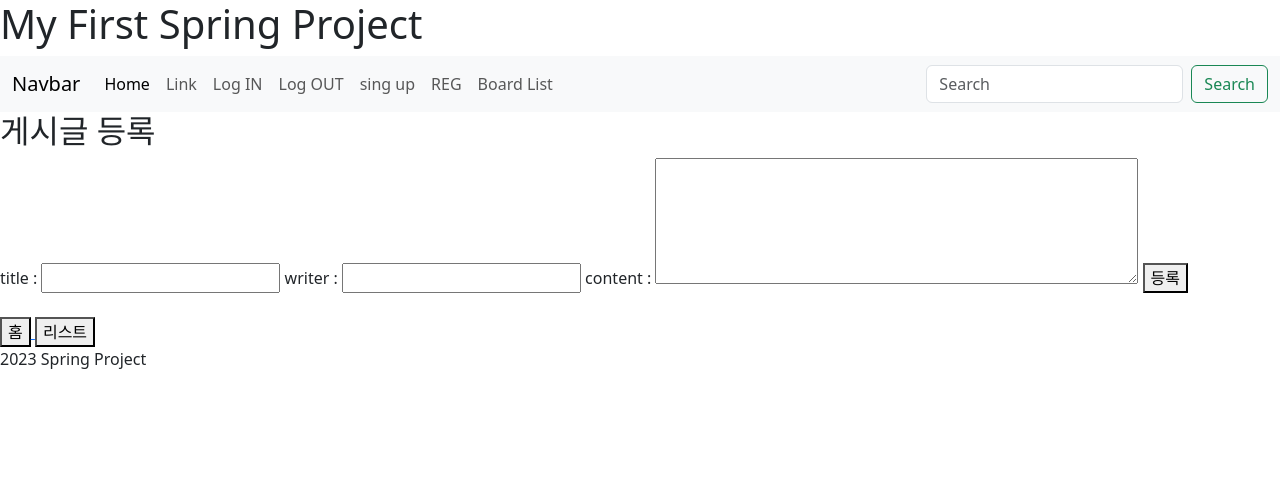
Repository: gatsby5959/_springTest
Page: http://localhost/spring-Test/WEB-INF/views/board/register.jsp
An editor plug-in stored every save of this project. The page is shown before and after the next save, followed by the edit.
The browser window is 1280 px wide. The pictures show the whole page.
The page is served by Tomcat 9. Nobody is signed in. The template is opened directly, without the code that normally fills it, so the values that code supplies are empty.

Above is the page before, as saved 2023-10-05 08:10:18.

After the next save:
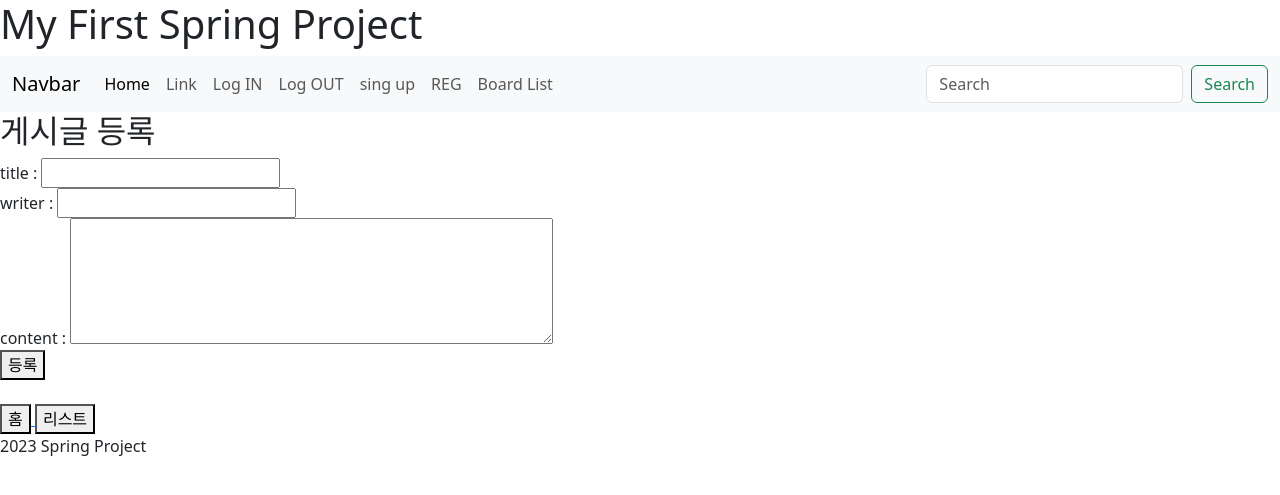
Saved 2 min 37 s later.
--- a/spring-Test/src/main/webapp/WEB-INF/views/board/register.jsp
+++ b/spring-Test/src/main/webapp/WEB-INF/views/board/register.jsp
@@ -15,9 +15,9 @@
 <!-- mapping상태는 get / post가 별도의 mapping을 가짐(탐)  다르면 다른 매핑을 탐 -->
 
 <form action="/board/register" method="post">
-	title : <input type="text" name="title">
-	writer : <input type="text" name="writer">
-	content : <textarea rows="5" cols="50" name = "content"></textarea>
+	title : <input type="text" name="title"><br>
+	writer : <input type="text" name="writer"><br>
+	content : <textarea rows="5" cols="50" name = "content"></textarea><br>
 	<button type="submit">등록</button>
 </form>
 <br>
